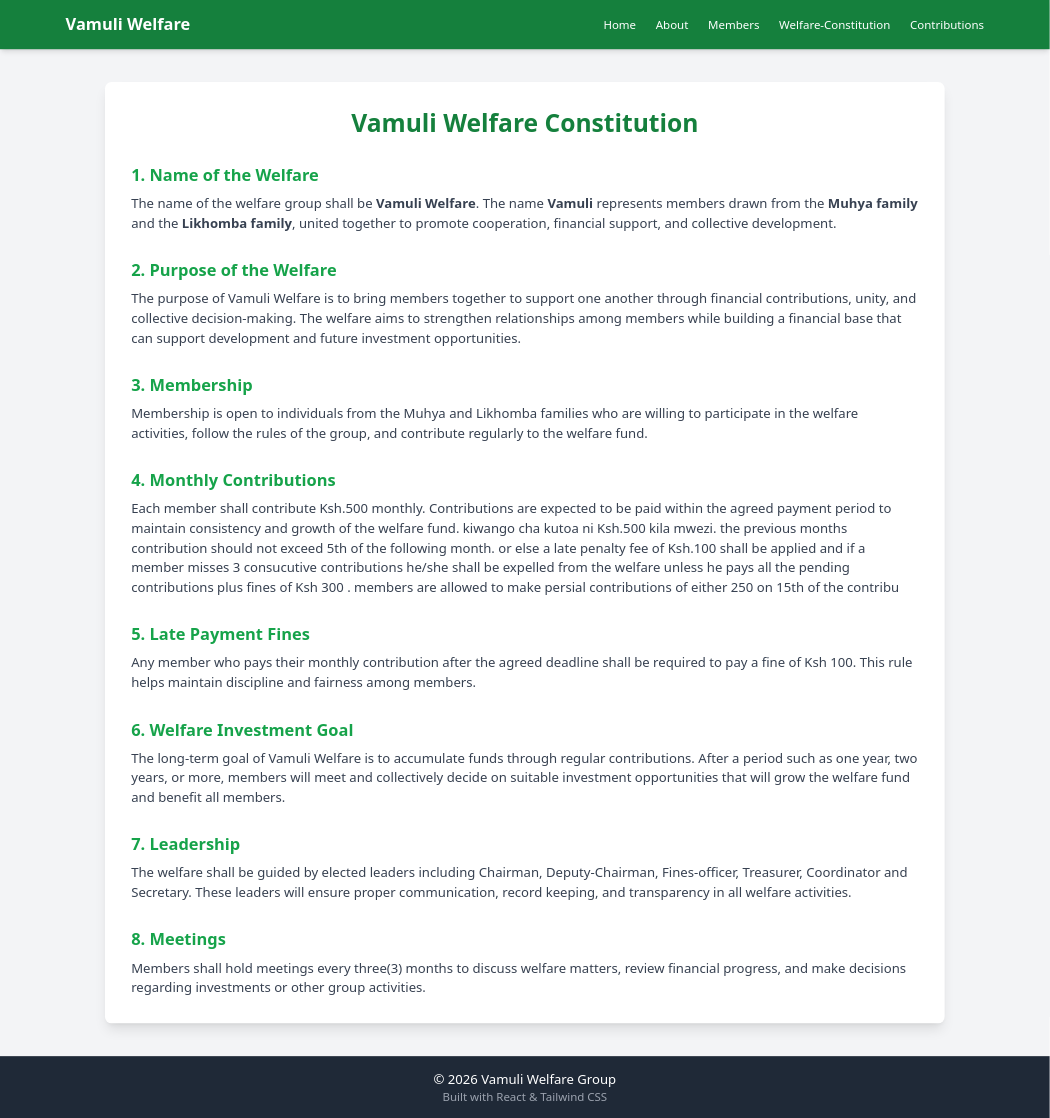
Repository: Engineer-collo/Vamuli-welfare
Page: /constitution
An editor plug-in stored every save of this project. The page is shown before and after a run of saves, followed by the edit.
The browser window is 1280 px wide. The pictures show the whole page, at 82% of full size.
The project was rebuilt for these pictures with package versions that can differ from the ones it lists, and the page was loaded fresh each time. Also part of the build but not shown: vite.config.js, src/pages/contributionsData.js, src/pages/Home.jsx, src/pages/Members.jsx, src/pages/ContributionsTable.jsx, src/pages/About.jsx.

Above is the page before, as saved 2026-03-16 15:33:10.

After the next 3 saves:
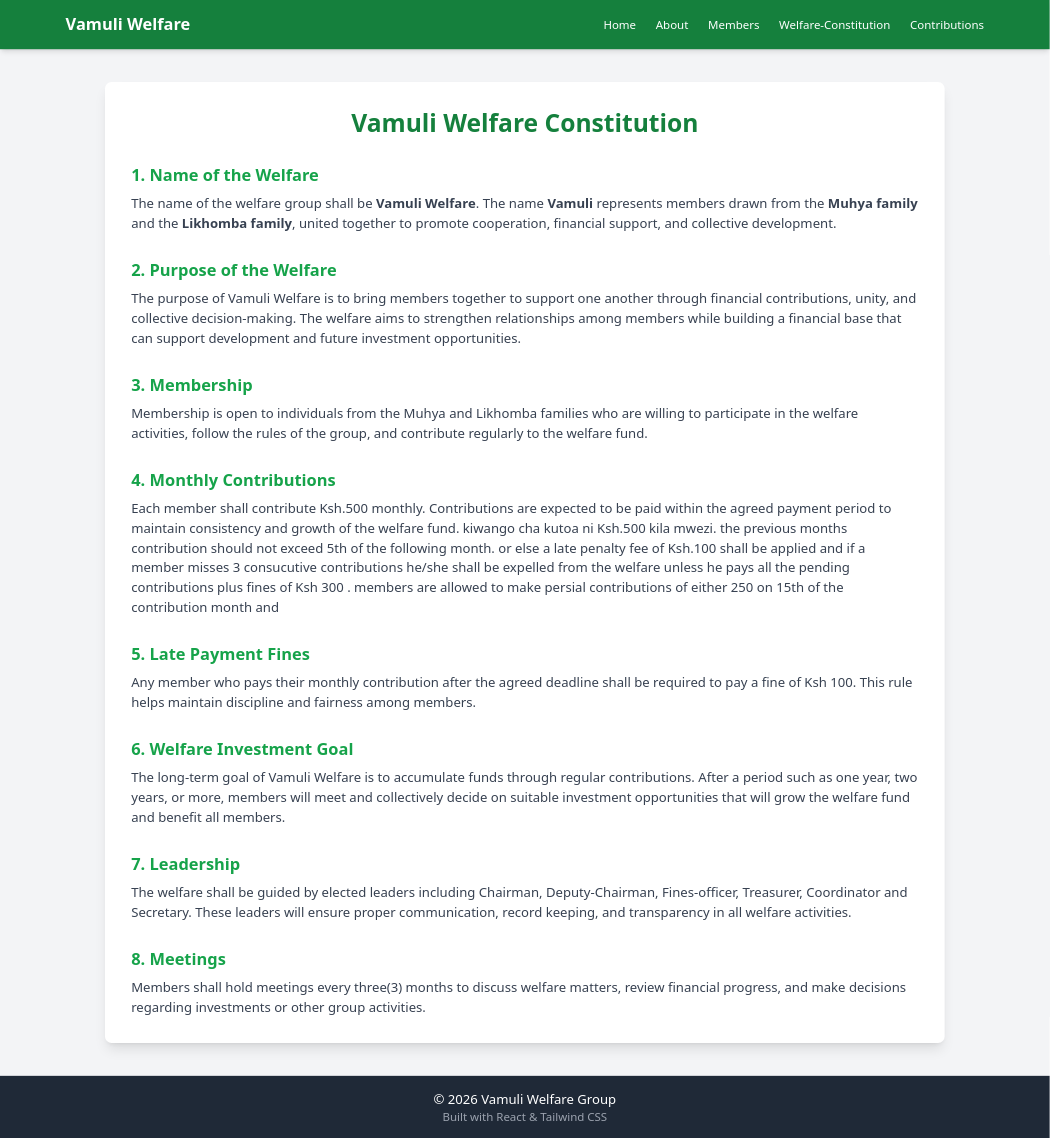
The 3 saves are shown as one change because they came seconds apart.
The last was saved 12 s later.
--- a/src/pages/WelfareConstituion.jsx
+++ b/src/pages/WelfareConstituion.jsx
@@ -68,7 +68,7 @@
           period to maintain consistency and growth of the welfare fund.
 
           kiwango cha kutoa ni Ksh.500 kila mwezi. the previous months contribution should not exceed 5th of the following month. or else a late penalty fee
-           of Ksh.100 shall be applied and if a member misses 3 consucutive contributions he/she shall be expelled from the welfare unless he pays all the pending contributions plus fines of Ksh 300 . members are allowed to make persial contributions of either 250 on 15th of the contribu
+           of Ksh.100 shall be applied and if a member misses 3 consucutive contributions he/she shall be expelled from the welfare unless he pays all the pending contributions plus fines of Ksh 300 . members are allowed to make persial contributions of either 250 on 15th of the contribution month and
         </p>
       </section>
 
